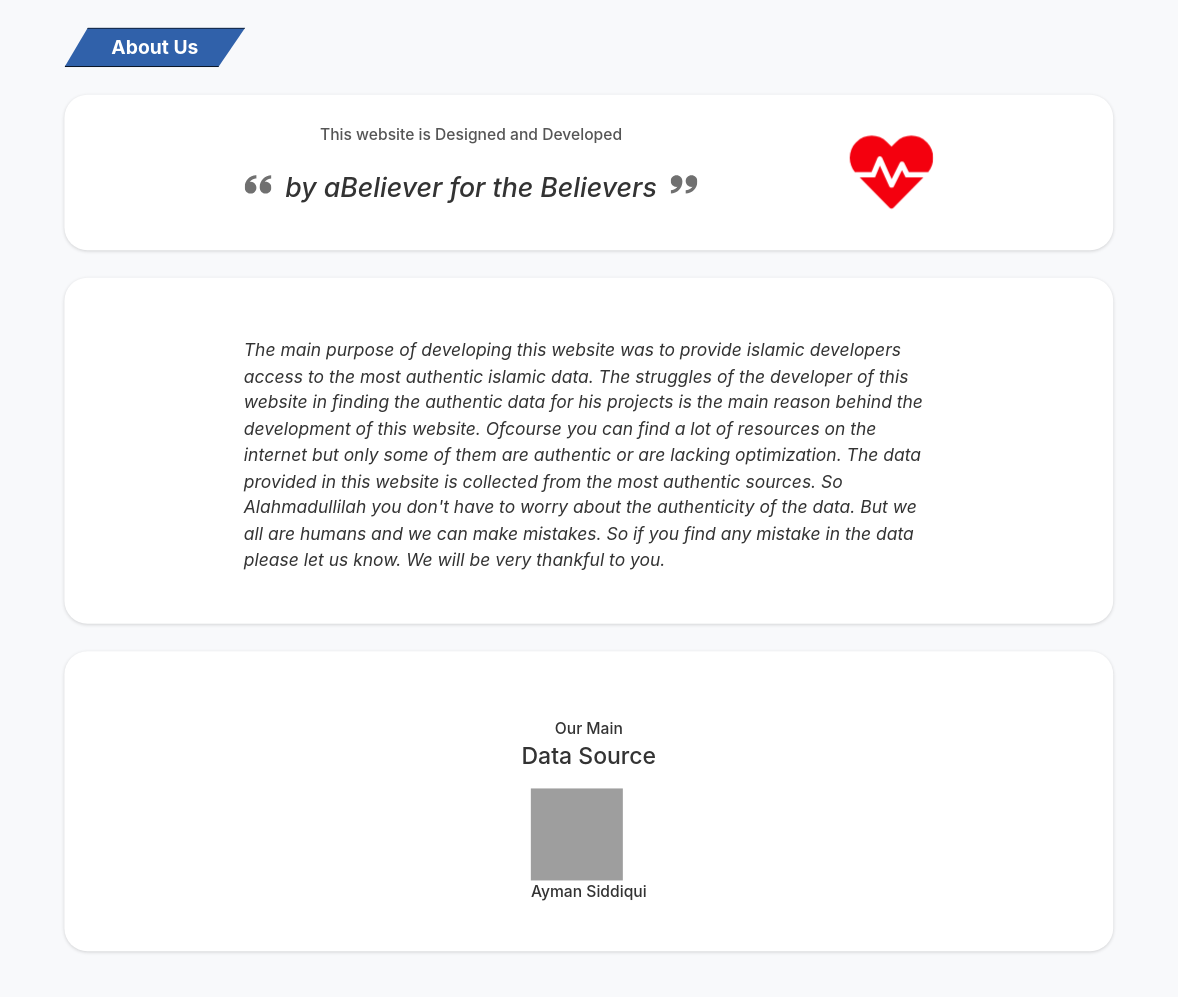
Repository: SpicierEwe/islamic-dev-repo
Page: /legal/about_us
The author's editor kept a copy of each file at every save. The page is drawn from the files as they stood at one save, then again after the next save.
The browser window is 1280 px wide. The pictures show the whole page, at 92% of full size.
Pictures or frames that could not be fetched are drawn as grey boxes. The project was rebuilt for these pictures with package versions that can differ from the ones it lists, and the page was loaded fresh each time. The framework's server and built-in components were replaced by stand-ins that run in the browser. Also part of the build but not shown: next.config.js.

Above is the page before, as saved 2022-09-16 18:23:45.

### pages/_app.js
import "../styles/globals.css";
import { DataContextProvider } from "../store/data_context";

function MyApp({ Component, pageProps }) {
  return (
    <DataContextProvider>
      <Component {...pageProps} />
    </DataContextProvider>
  );
}

export default MyApp;

### pages/legal/about_us.js
import AboutUs from "../../components/legal/about_us/about_us";

export default function Legal() {
  return (
    <div>
      <AboutUs></AboutUs>
    </div>
  );
}

### styles/globals.css
html,
body,
div,
span,
applet,
object,
iframe,
h1,
h2,
h3,
h4,
h5,
h6,
p,
blockquote,
pre,
a,
abbr,
acronym,
address,
big,
cite,
code,
del,
dfn,
em,
img,
ins,
kbd,
q,
s,
samp,
small,
strike,
strong,
sub,
sup,
tt,
var,
b,
u,
i,
center,
dl,
dt,
dd,
ol,
ul,
li,
fieldset,
form,
label,
legend,
table,
caption,
tbody,
tfoot,
thead,
tr,
th,
td,
article,
aside,
canvas,
details,
embed,
figure,
figcaption,
footer,
header,
hgroup,
menu,
nav,
output,
ruby,
section,
summary,
time,
mark,
audio,
video {
  margin: 0;
  padding: 0;
  border: 0;
  vertical-align: baseline;
}
/* HTML5 display-role reset for older browsers */
article,
aside,
details,
figcaption,
figure,
footer,
header,
hgroup,
menu,
nav,
section {
  display: block;
}
body {
  line-height: 1;
}
ol,
ul {
  list-style: none;
}
blockquote,
q {
  quotes: none;
}
blockquote:before,
blockquote:after,
q:before,
q:after {
  content: "";
  content: none;
}
table {
  border-collapse: collapse;
  border-spacing: 0;
}

/*

 ////////////////////////////////////////////////////////////////////////////from here are the styles
 //////////////////////////////////////////////////////////////////////////

*/

:root {
  --complementary-blue: #0077b6;
  --heading_black: #080808;
}

html {
  font-size: 62.5%;
}

html,
body {
  padding: 0;
  margin: 0;
  /* font-family: "Roboto", "Open Sans", sans-serif, -apple-system,
    BlinkMacSystemFont, Segoe UI, Roboto, Oxygen, Ubuntu, Cantarell, Fira Sans,
    Droid Sans, Helvetica Neue, sans-serif; */

  font-family: -apple-system, BlinkMacSystemFont, Segoe UI, Roboto, Oxygen,
    Ubuntu, Cantarell, Fira Sans, Droid Sans, Helvetica Neue, sans-serif;
  font-weight: 400;
  line-height: 1;
  color: #555;
  box-sizing: border-box;

  background-color: #f8f9fb;

  /* will make the website unselectable/copyable */
  /* -webkit-touch-callout: none;
  -webkit-user-select: none;
  -khtml-user-select: none;
  -moz-user-select: none;
  -ms-user-select: none;
  user-select: none; */
}

a {
  color: inherit;
  text-decoration: none;
}

* {
  box-sizing: border-box;
}

### store/data_context.js
import { createContext, useState } from "react";

const DataContext = createContext({
  db: [],
  downlodable_data: [],
  globaliseDataFunction: (data) => {},
  globaliseDownloadableData: (data) => {},
});

export function DataContextProvider(props) {
  const [db, setDb] = useState([]);
  const [downlodableData, setdownlodableData] = useState([]);

  // globalize db
  function globaliseData(data) {
    /// will update the data
    setDb(data);
  }

  // globalize db
  function globaliseDownloadableData(data) {
    /// will update the data
    setdownlodableData(data);
  }

  const context = {
    db: db,
    downlodable_data: downlodableData,
    globaliseDataFunction: globaliseData,
    globaliseDownloadableData: globaliseDownloadableData,
  };

  return (
    <DataContext.Provider value={context}>
      {props.children}
    </DataContext.Provider>
  );
}

export default DataContext;

### components/legal/about_us/about_us.js
import styles from "./about_us.module.css";
import Image from "next/image";
import { ImQuotesLeft, ImQuotesRight } from "react-icons/im";
import { FaHeartbeat } from "react-icons/fa";

export default function AboutUs(props) {
  return (
    <div className={styles.bg}>
      <h1 className={styles.page_title}>About Us</h1>
      <div className={styles.container_development}>
        <div>
          <p className={styles.intro}>This website is Designed and Developed</p>
          <blockquote>
            <h3 className={styles.quote}>
              <ImQuotesLeft color="#707070" style={{ marginRight: "1.5rem" }} />
              by aBeliever for the Believers
              <ImQuotesRight color="#707070" style={{ marginLeft: "1.5rem" }} />
            </h3>
          </blockquote>
        </div>
        <div className={styles.heart_icon}>
          <FaHeartbeat size="9rem" color="f4000e" />
        </div>
      </div>
      <div className={styles.container_development}>
        <p className={styles.summary}>
          The main purpose of developing this website was to provide islamic
          developers access to the most authentic islamic data. The struggles of
          the developer of this website in finding the authentic data for his
          projects is the main reason behind the development of this website.
          Ofcourse you can find a lot of resources on the internet but only some
          of them are authentic or are lacking optimization. The data provided
          in this website is collected from the most authentic sources. So
          Alahmadullilah you don&apos;t have to worry about the authenticity of
          the data. But we all are humans and we can make mistakes. So if you
          find any mistake in the data please let us know. We will be very
          thankful to you.
        </p>
      </div>

      <div
        className={`${styles.container_development} ${styles.container_data_source}`}
      >
        <p className={styles.source_title}>
          <span className={styles.head_half}> Our Main</span>
          <br></br> Data Source
        </p>
        {/* data resource description */}
        <div>
          <div>
            <Image
              className={styles.resourcer_image}
              src={
                "https://thumbs.dreamstime.com/b/sheikh-icon-flat-style-isolated-white-background-arab-emirates-symbol-stock-vector-illustration-91220453.jpg"
              }
              height="100%"
              width="100%"
              alt="Sheikh"
            ></Image>
          </div>
          <div>
            <p className={styles.name}>Ayman Siddiqui</p>
          </div>
        </div>
      </div>
    </div>
  );
}

### components/legal/about_us/about_us.module.css
.bg {
  /* background-color: red; */
  max-width: 120rem;
  padding: 0 3rem;
  margin: 0 auto;
  padding-bottom: 5rem;
}

.page_title {
  margin-top: 3rem;
  display: inline-block;
  clip-path: polygon(13% 0, 100% 0%, 85% 100%, 0% 100%);
  background-color: #3061aa;
  color: white;
  border: 1px solid black;
  padding: 1rem 5rem;
  font-size: 2.1rem;
}

.container_development {
  justify-content: center;
  align-items: center;
  display: flex;
  border-radius: 2.5rem;
  margin-top: 3rem;
  background-color: white;
  padding: 3.5rem 3rem;
  box-shadow: rgba(0, 0, 0, 0.16) 0px 1px 4px;
  justify-content: space-evenly;
}

.intro {
  text-align: center;
  font-weight: 500;
  color: #555;
  font-size: 1.7rem;
}

.quote {
  margin-top: 3rem;
  color: #333;
  font-weight: 500;
  font-size: 2.9rem;
  font-style: italic;
  padding-bottom: 1.9rem;
  text-align: center;
}

/* heart icon */
.heart_icon {
  animation: heartBeat 1.5s infinite;
}

/* heart icon animation */
@keyframes heartBeat {
  0% {
    transform: scale(1);
  }
  20% {
    transform: scale(1.1);
  }
  40% {
    transform: scale(1);
  }
  60% {
    transform: scale(1.1);
  }
  80% {
    transform: scale(1);
  }
  100% {
    transform: scale(1);
  }
}

.summary {
  margin-top: 3rem;
  max-width: 75rem;

  line-height: 1.5;
  color: #333;
  font-size: 1.9rem;
  font-style: italic;
  padding-bottom: 1.9rem;
}

.source_title {
  margin-top: 3rem;
  color: #333;
  font-weight: 500;
  font-size: 2.5rem;
  line-height: 1.3;
  /* font-style: italic; */
  padding-bottom: 1.9rem;
  text-align: center;
}

.head_half {
  font-size: 1.7rem;
}

.container_data_source {
  flex-direction: column;
}

.name {
  font-weight: 500;
  font-size: 1.7rem;
  line-height: 1.3;
  color: #333;
  padding-bottom: 1.9rem;
}

/* media query */
@media (max-width: 768px) {
  .container_development {
    flex-direction: column;
    row-gap: 1.5rem;
  }
}

After the next save:
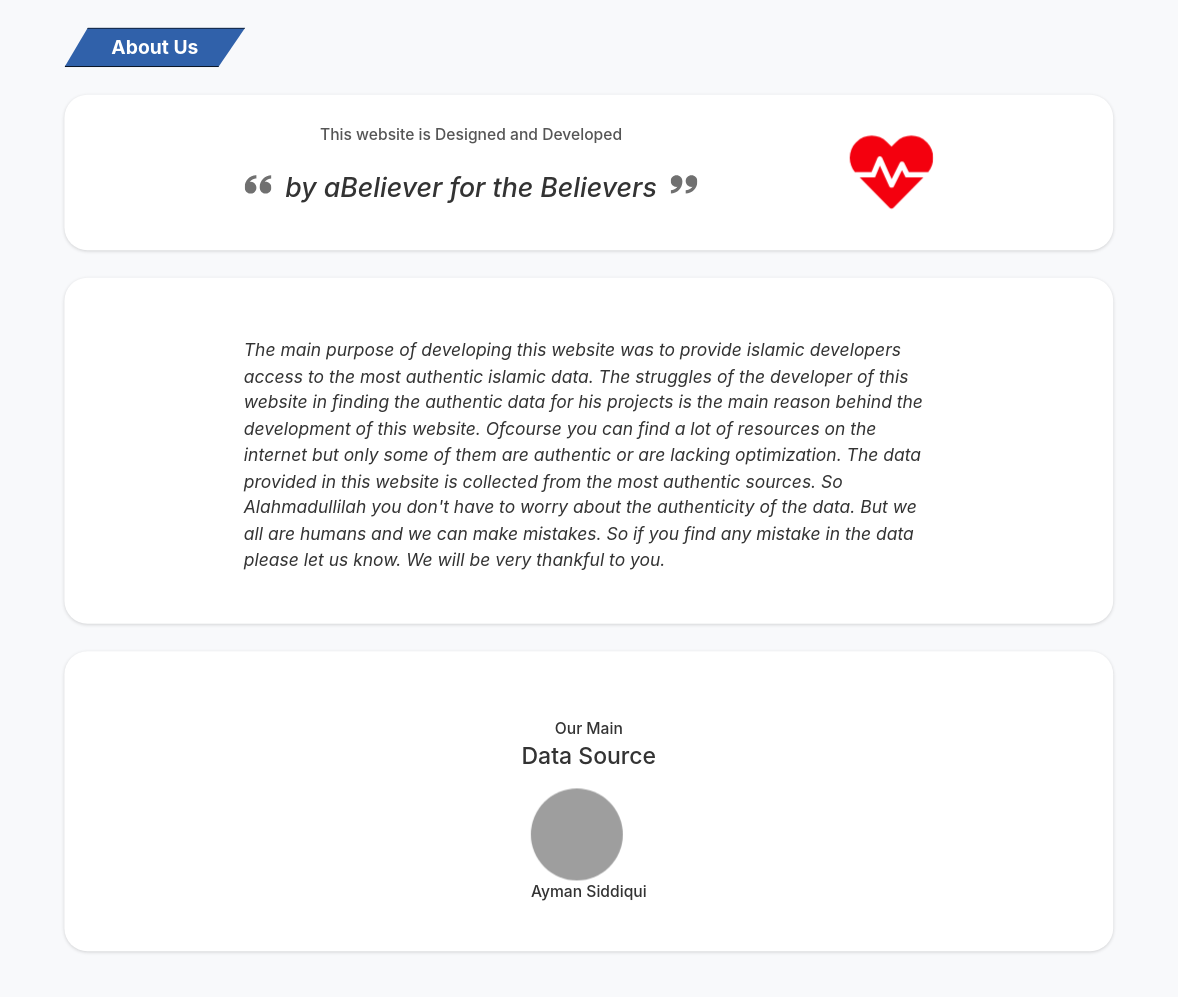
Saved 23 s later.
--- a/components/legal/about_us/about_us.module.css
+++ b/components/legal/about_us/about_us.module.css
@@ -103,6 +103,14 @@
   flex-direction: column;
 }
 
+/* resourcer classes */
+.resourcer_image {
+  width: 100%;
+  height: 100%;
+  object-fit: cover;
+  border-radius: 50%;
+}
+
 .name {
   font-weight: 500;
   font-size: 1.7rem;
